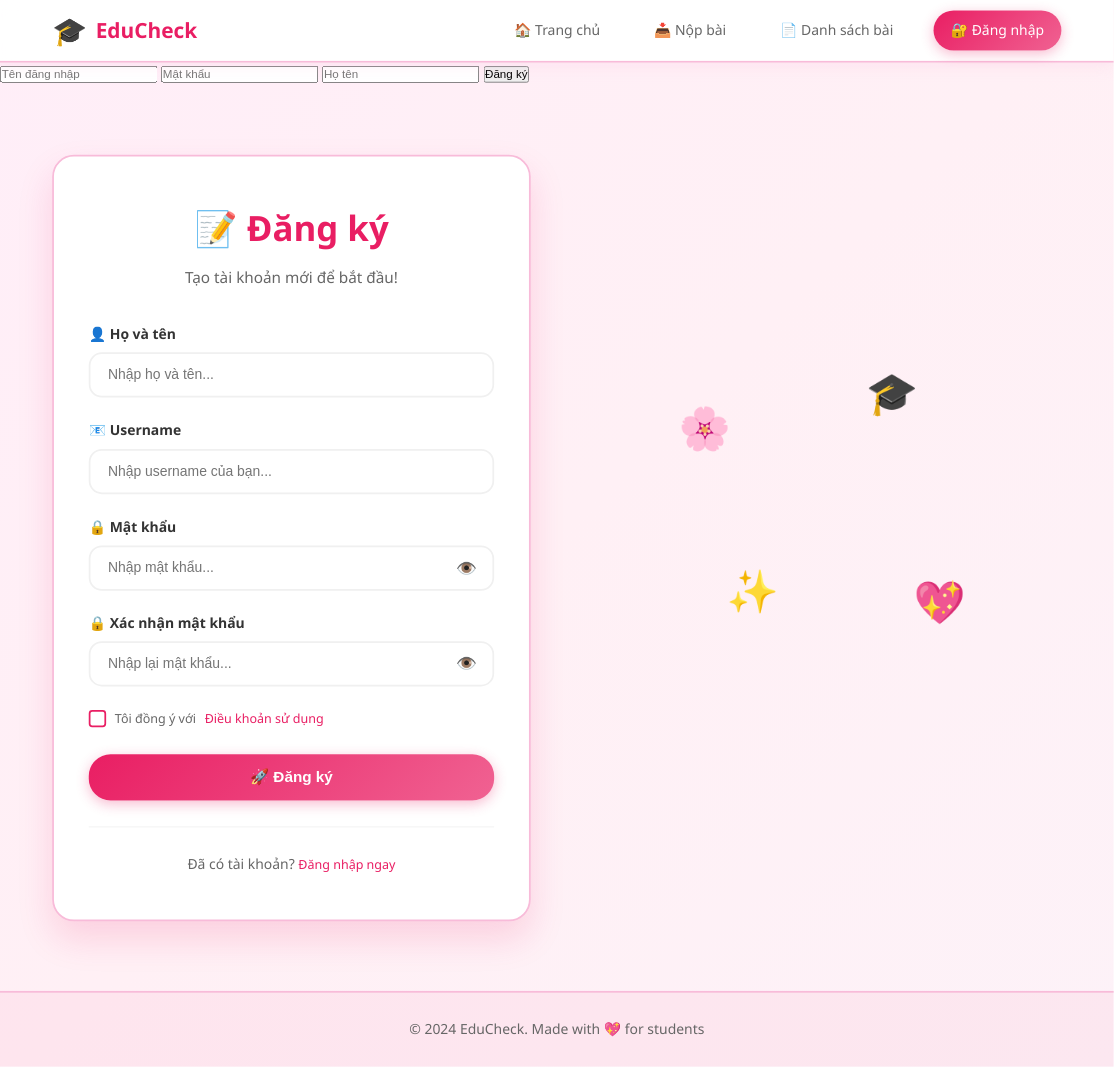
Repository: tuanloc782004/Plagiarism-Detection-System
Page: http://localhost/plagiarism-checker/register.jsp
An editor plug-in stored every save of this project. The page is shown before and after the next save, followed by the edit.
The browser window is 1280 px wide. The pictures show the whole page, at 87% of full size.
The page is served by Tomcat 9. Other server files are loaded and not shown.

Above is the page before, as saved 2025-05-26 08:26:09.

### plagiarism-checker/src/main/webapp/register.jsp
<%@ page language="java" contentType="text/html; charset=UTF-8"
	pageEncoding="UTF-8"%>
<%@ taglib uri="http://java.sun.com/jsp/jstl/core" prefix="c"%>
<!DOCTYPE html>
<html>
<head>
<meta charset="UTF-8">
<meta name="viewport" content="width=device-width, initial-scale=1.0">
<title>EduCheck | Đăng ký</title>
<link rel="stylesheet" href="assets/styles.css">
</head>
<body>
	<nav class="navbar">
		<div class="nav-container">
			<div class="nav-logo">
				<span class="logo-icon">🎓</span> <span class="logo-text">EduCheck</span>
			</div>
			<ul class="nav-menu" id="nav-menu">
				<li><a href="home.jsp" class="nav-link">🏠 Trang chủ</a></li>
				<li><a href="upload.jsp" class="nav-link">📥 Nộp bài</a></li>
				<li><a href="essay_list.jsp" class="nav-link">📄 Danh sách
						bài</a></li>
				<c:choose>
					<c:when test="${not empty sessionScope.user}">
						<li><a href="LogoutServlet" class="nav-link logout-btn">🚪
								Đăng xuất</a></li>
					</c:when>
					<c:otherwise>
						<li><a href="login.jsp" class="nav-link login-btn">🔐
								Đăng nhập</a></li>
					</c:otherwise>
				</c:choose>
			</ul>
			<div class="hamburger" id="hamburger">
				<span></span> <span></span> <span></span>
			</div>
		</div>
	</nav>

	<form action="RegisterServlet" method="post">
		<input type="text" name="username" placeholder="Tên đăng nhập"
			required /> <input type="password" name="password"
			placeholder="Mật khẩu" required /> <input type="text"
			name="fullName" placeholder="Họ tên" required />
		<button type="submit">Đăng ký</button>
	</form>

	<main class="main-content">
		<div class="auth-container">
			<div class="auth-card">
				<div class="auth-header">
					<h1 class="auth-title">📝 Đăng ký</h1>
					<p class="auth-subtitle">Tạo tài khoản mới để bắt đầu!</p>
					<c:if test="${not empty error}">
						<p class="auth-subtitle" style="color: red">${error}</p>
					</c:if>
				</div>

				<form class="auth-form" id="registerForm" action="RegisterServlet"
					method="post">
					<div class="form-group">
						<label for="fullName" class="form-label"> 👤 Họ và tên </label> <input
							type="text" id="fullName" name="fullName" class="form-input"
							placeholder="Nhập họ và tên..." required>
					</div>

					<div class="form-group">
						<label for="username" class="form-label"> 📧 Username </label> <input
							type="text" id="username" name="username" class="form-input"
							placeholder="Nhập username của bạn..." required>
					</div>

					<div class="form-group">
						<label for="password" class="form-label"> 🔒 Mật khẩu </label>
						<div class="password-input">
							<input type="password" id="password" name="password"
								class="form-input" placeholder="Nhập mật khẩu..." required>
							<button type="button" class="password-toggle" id="passwordToggle">
								👁️</button>
						</div>
					</div>

					<div class="form-group">
						<label for="confirmPassword" class="form-label"> 🔒 Xác
							nhận mật khẩu </label>
						<div class="password-input">
							<input type="password" id="confirmPassword"
								name="confirmPassword" class="form-input"
								placeholder="Nhập lại mật khẩu..." required>
							<button type="button" class="password-toggle"
								id="confirmPasswordToggle">👁️</button>
						</div>
					</div>

					<div class="form-options">
						<label class="checkbox-label"> <input type="checkbox"
							name="terms" required> <span class="checkbox-custom"></span>
							Tôi đồng ý với <a href="#" class="auth-link">Điều khoản sử
								dụng</a>
						</label>
					</div>

					<button type="submit" class="btn btn-primary btn-large">
						🚀 Đăng ký</button>
				</form>

				<div class="auth-footer">
					<p>
						Đã có tài khoản? <a href="login.jsp" class="auth-link">Đăng
							nhập ngay</a>
					</p>
				</div>
			</div>

			<div class="auth-decoration">
				<div class="floating-elements">
					<div class="floating-icon">🌸</div>
					<div class="floating-icon">💖</div>
					<div class="floating-icon">✨</div>
					<div class="floating-icon">🎓</div>
				</div>
			</div>
		</div>
	</main>

	<footer class="footer">
		<div class="container">
			<p>&copy; 2024 EduCheck. Made with 💖 for students</p>
		</div>
	</footer>

	<script src="assets/script.js"></script>
</body>
</html>

Loaded but not shown: plagiarism-checker/src/main/webapp/assets/script.js (262 lines, source omitted); plagiarism-checker/src/main/webapp/assets/styles.css (1463 lines, source omitted)

After the next save:
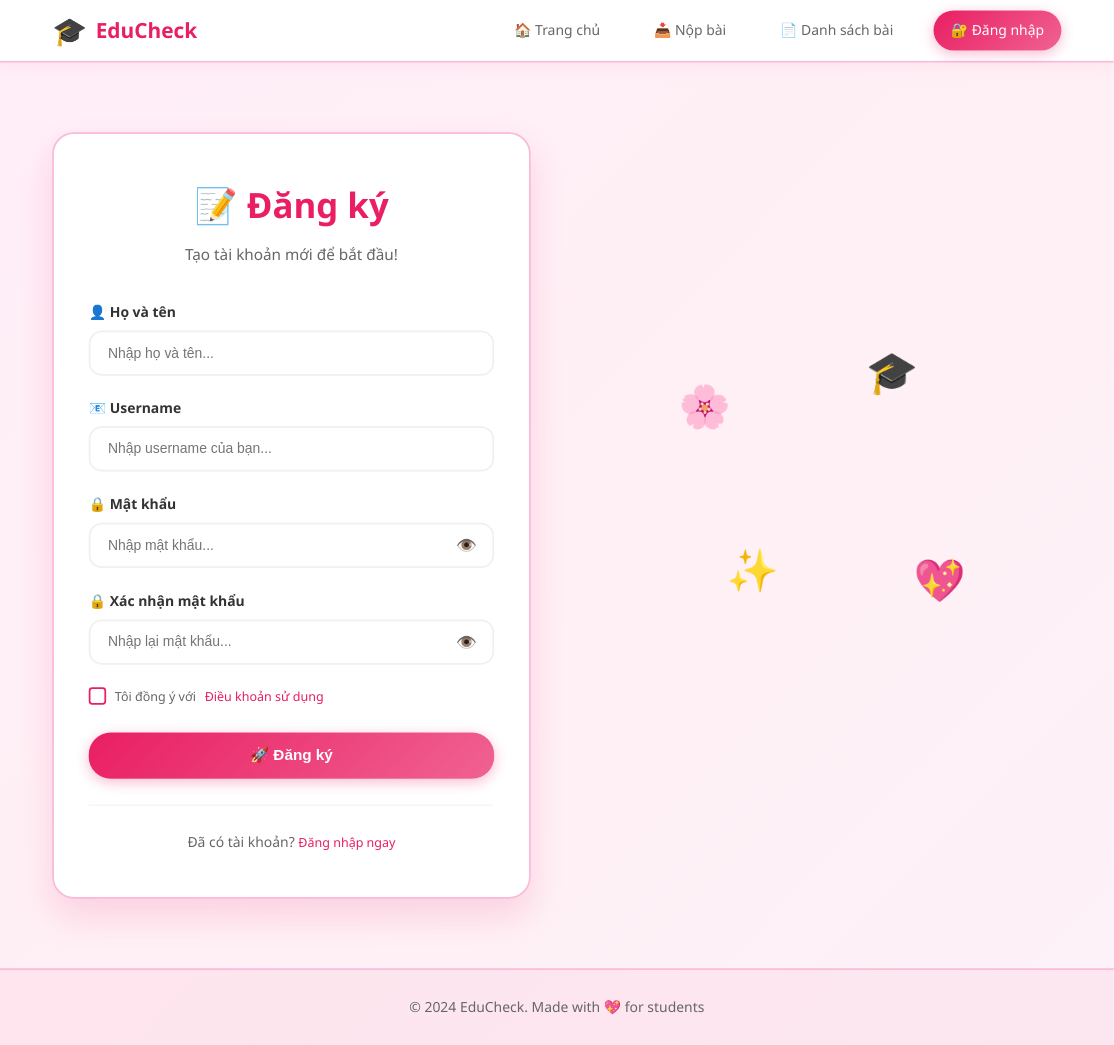
Saved 38 s later.
--- a/plagiarism-checker/src/main/webapp/register.jsp
+++ b/plagiarism-checker/src/main/webapp/register.jsp
@@ -36,14 +36,6 @@
 			</div>
 		</div>
 	</nav>
-
-	<form action="RegisterServlet" method="post">
-		<input type="text" name="username" placeholder="Tên đăng nhập"
-			required /> <input type="password" name="password"
-			placeholder="Mật khẩu" required /> <input type="text"
-			name="fullName" placeholder="Họ tên" required />
-		<button type="submit">Đăng ký</button>
-	</form>
 
 	<main class="main-content">
 		<div class="auth-container">
